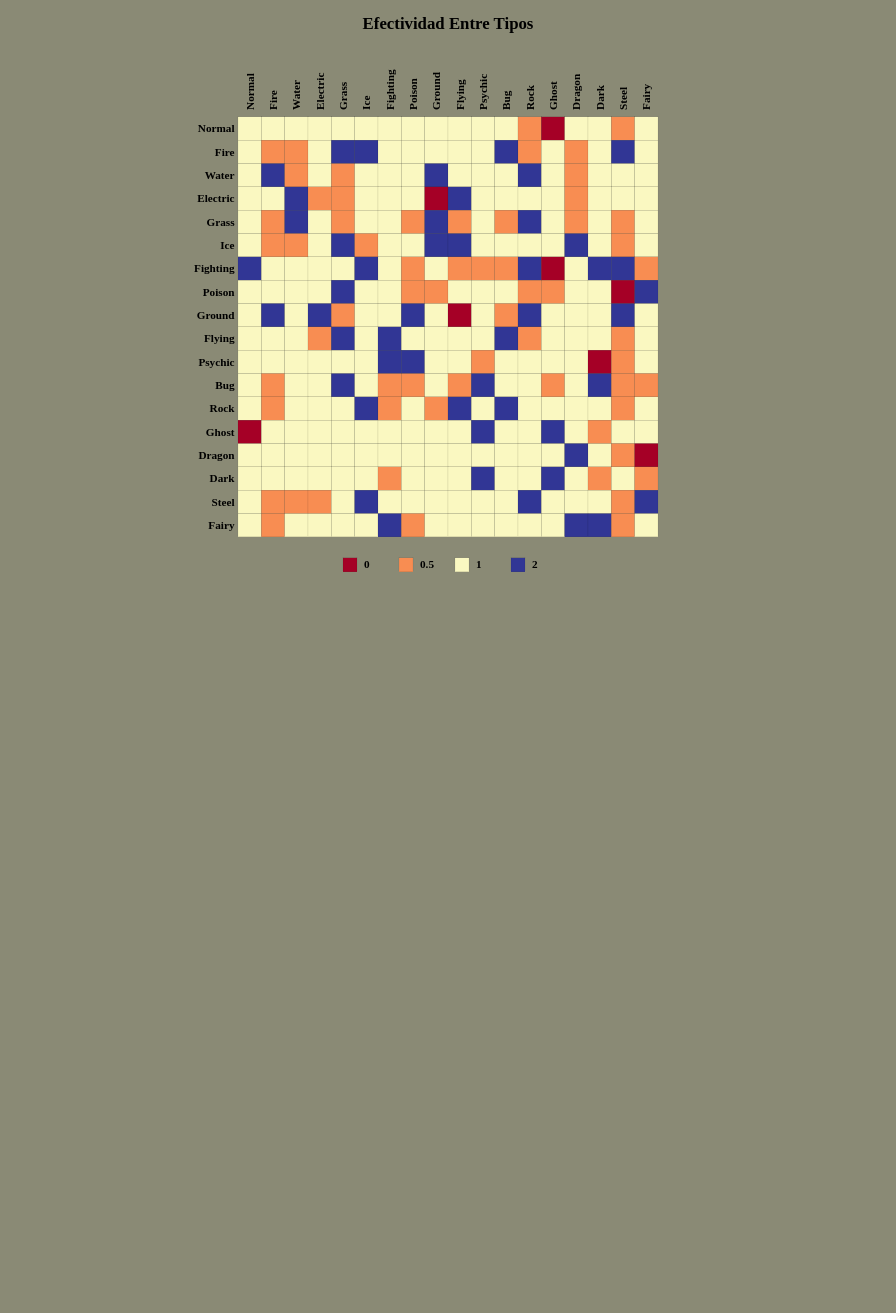
Repository: Cartterr/Proyecto-VisInfo
Page: Propuesta3_Mapa_Calor.html
The author's editor kept a copy of each file at every save. The page is drawn from the files as they stood at one save, then again after the next save.
The browser window is 1280 px wide. The pictures show the whole page, at 70% of full size.

Above is the page before, as saved 2023-06-27 23:08:03.

After the next save:
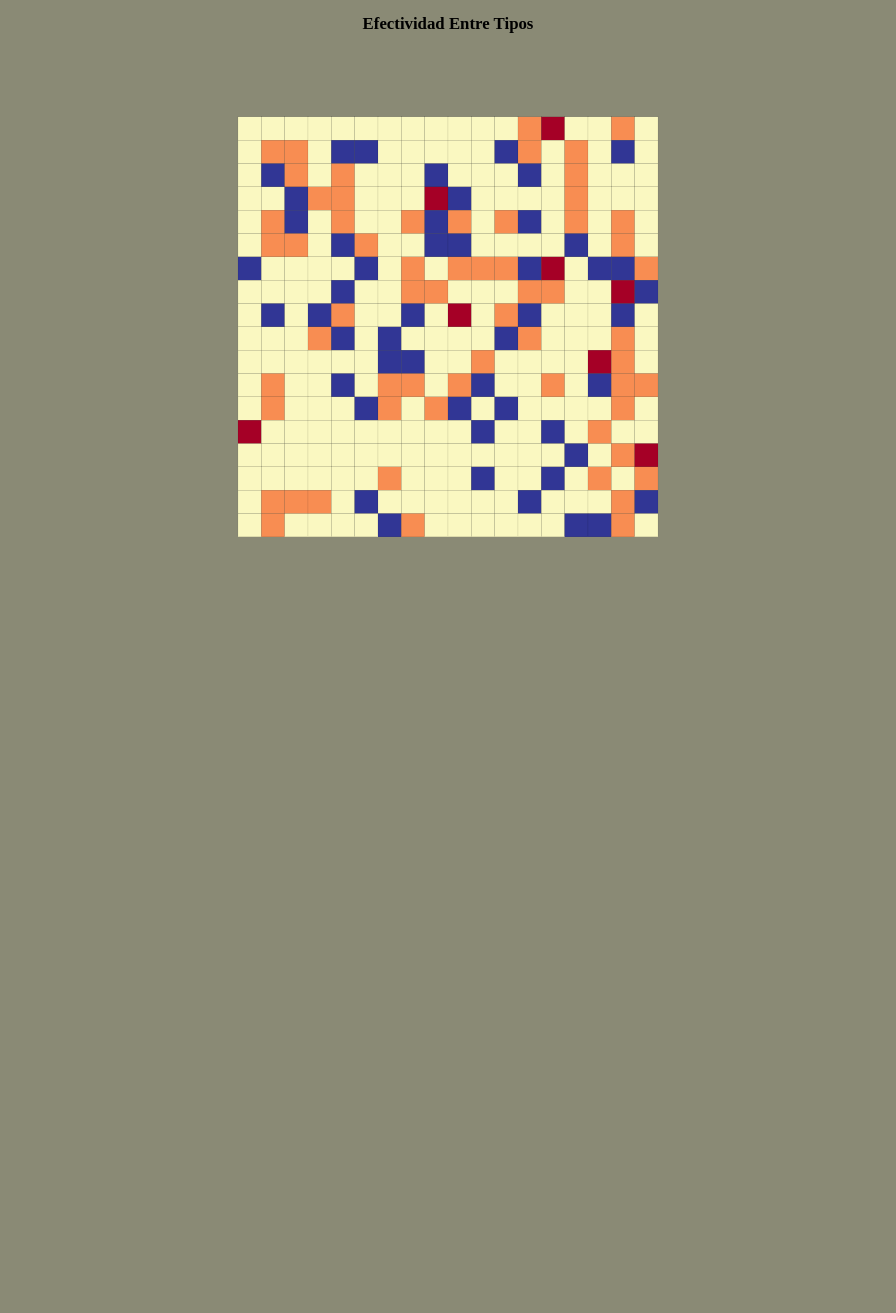
Console error: ReferenceError: formattedData is not defined
Saved 11 s later.
--- a/Propuesta3_Mapa_Calor.js
+++ b/Propuesta3_Mapa_Calor.js
@@ -79,6 +79,11 @@
           }
 
 
+     var stack = d3.stack()
+          .keys(types);
+     var series = stack(formattedData);
+
+
 
      chartGroup.selectAll(".row-label")
                .data(rows)
